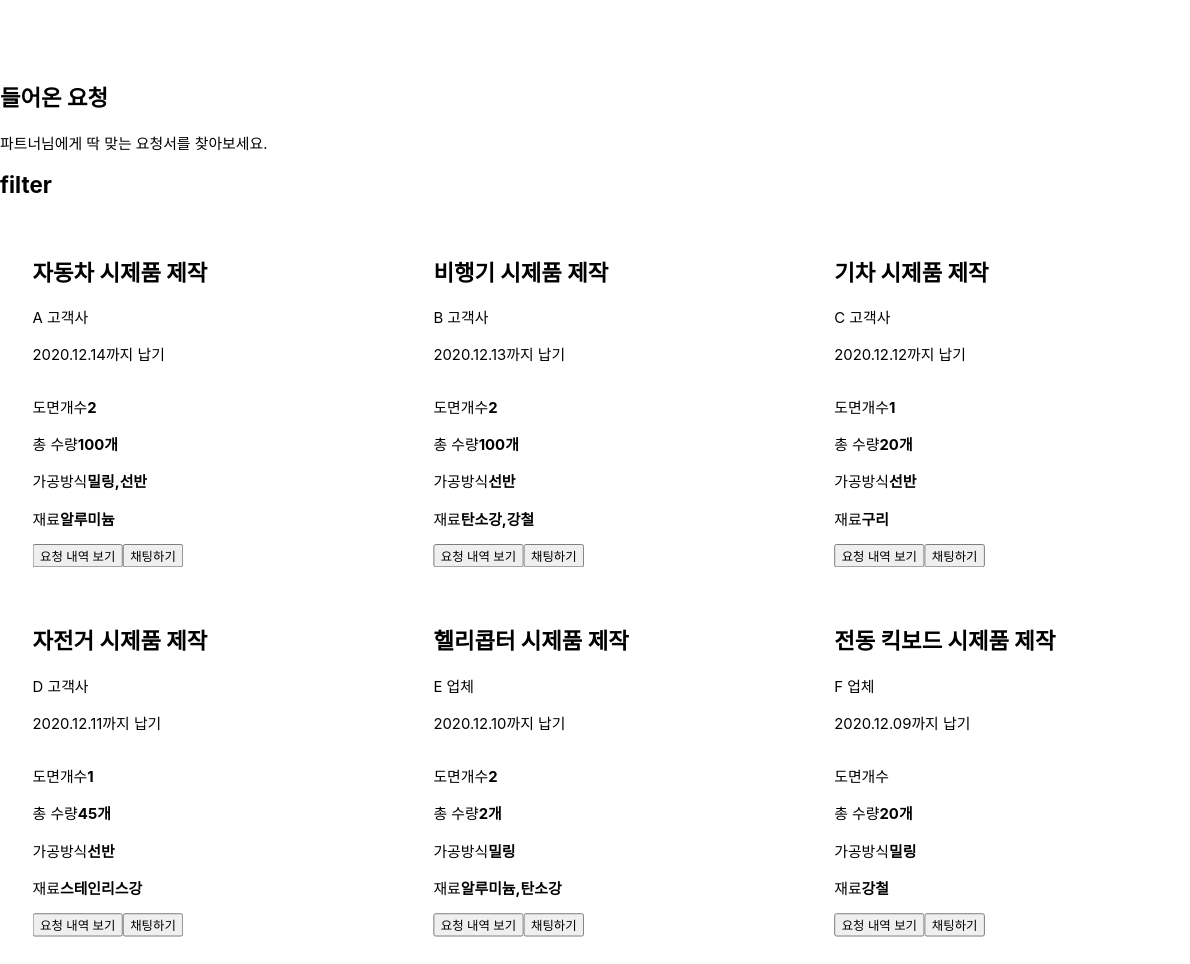
Repository: seoulsaram/capa
Page: /
These files come from the project's save history. The page is drawn as it stood at one moment and after the next save; the edit follows.
The browser window is 1280 px wide. The pictures show the whole page, at 93% of full size.
The project was rebuilt for these pictures with package versions that can differ from the ones it lists, and the page was loaded fresh each time. Requests to the local data server were answered from the project's data file. Also part of the build but not shown: src/App.css, src/components/filter/filter.module.css, src/components/item_container/item_container.module.css.

Above is the page before, as saved 2021-03-05 21:51:14.

After the next save:
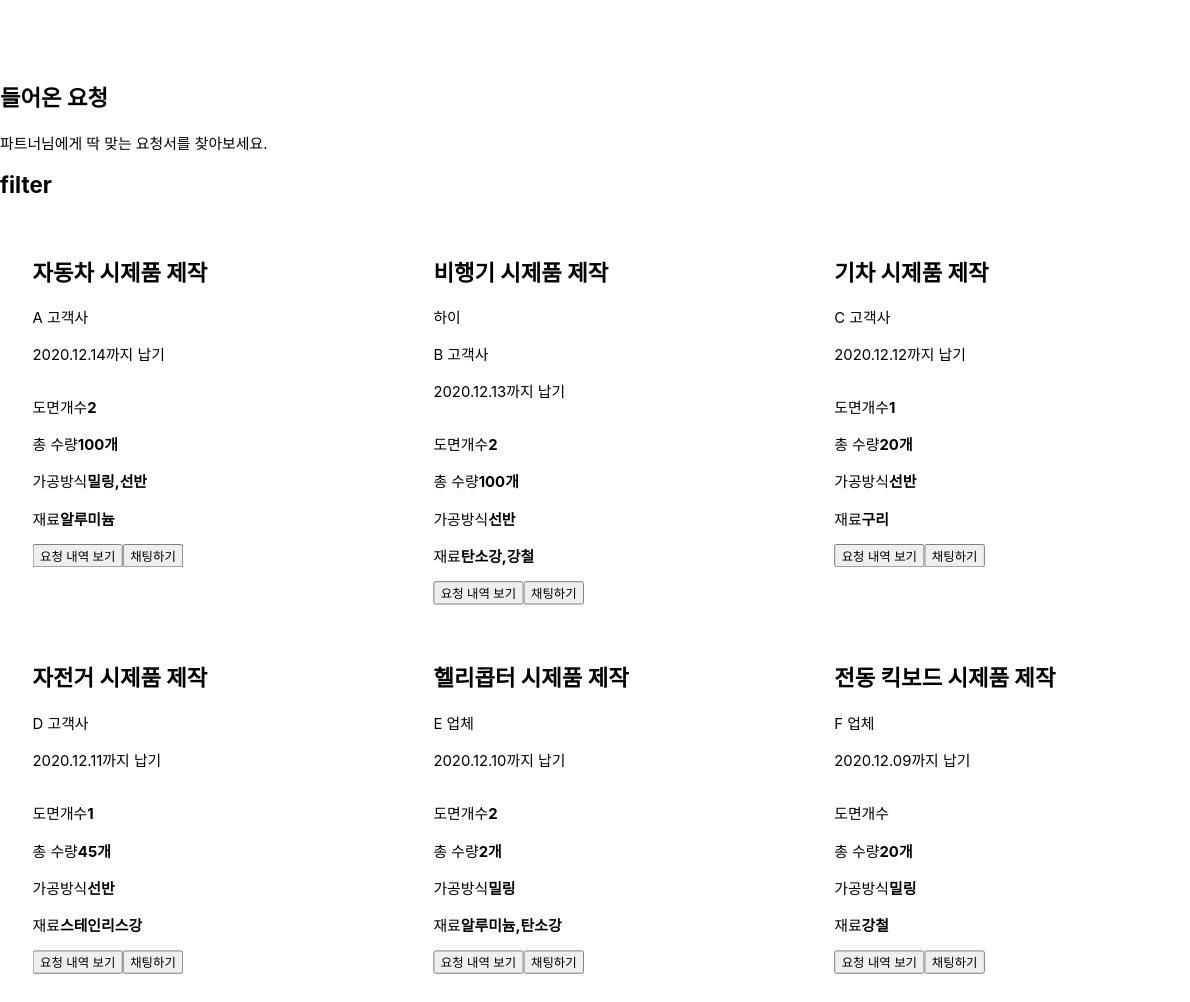
Saved 3 min 37 s later.
--- a/src/components/request_box/request_box.js
+++ b/src/components/request_box/request_box.js
@@ -8,8 +8,8 @@ const RequestBox = ({ reqInfo }) => {
         <div key={info.id} className={styles.card}>
           <div className={styles.topContainer}>
             <h2>{info.title}</h2>
+            {info.status === "상담중" && <div>하이</div>}
           </div>
-
           <p>{info.client}</p>
           <p>{info.due}까지 납기</p>
           <div className={styles.line}></div>
